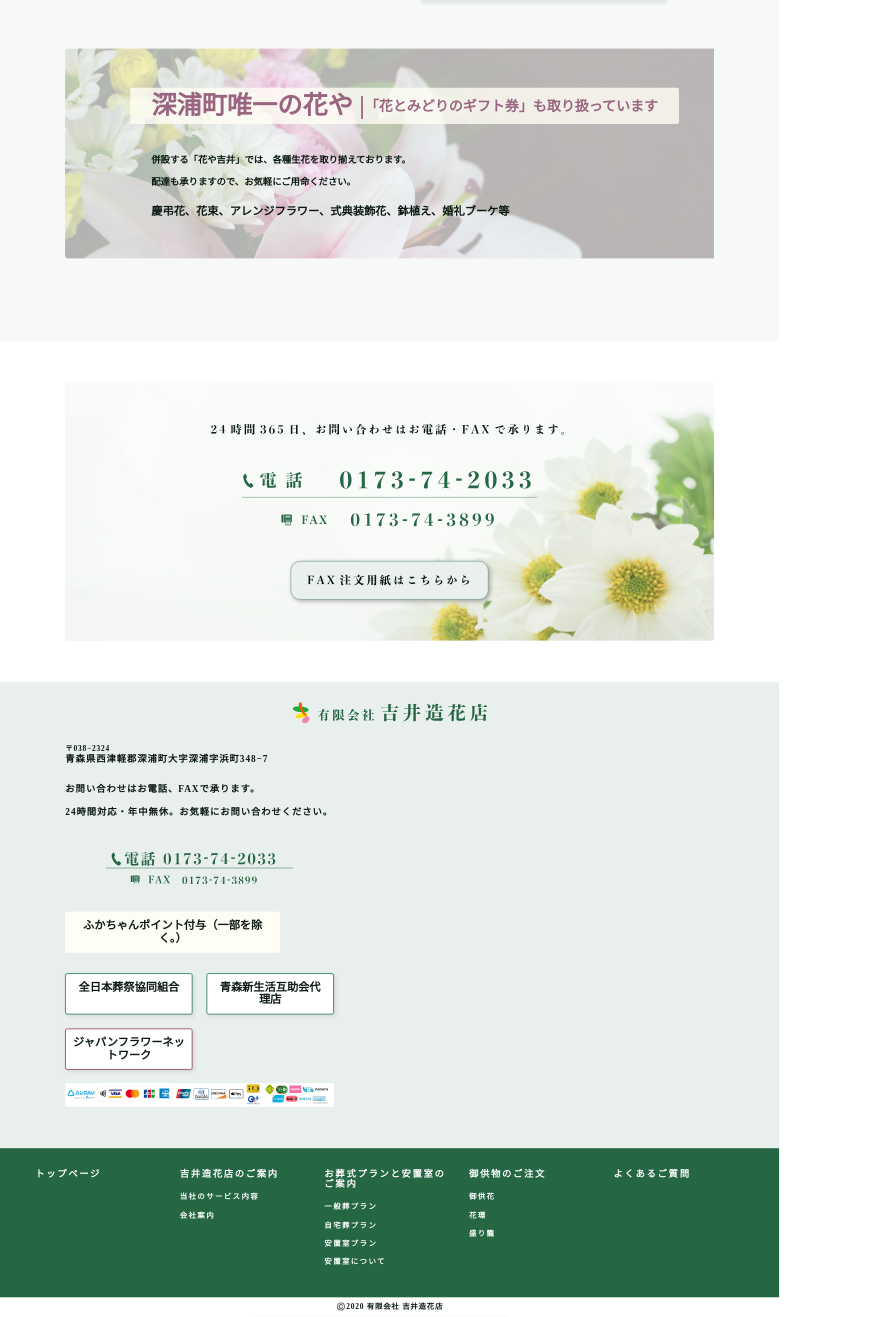
Repository: plus-agc-service-yamauchi/yoshii_scratch_ver3
Page: about.html
These files come from the project's save history. The page is drawn as it stood at one moment and after the next save; the edit follows.
The browser window is 1280 px wide. The pictures show the part of the page from y = 1765 to 3685 px (the page is 3646 px tall before and 3685 px after), at 70% of full size.
Pictures or frames that could not be fetched are drawn as grey boxes. Some web libraries are served in a nearby version. The style sheet was rebuilt from its Sass, Less or Tailwind sources for each picture, by a compiler version that may differ from the author's.

Above is the page before, as saved 2021-02-01 13:01:38.
Console error (its wording comes from the project's code and is left out).

After the next save:
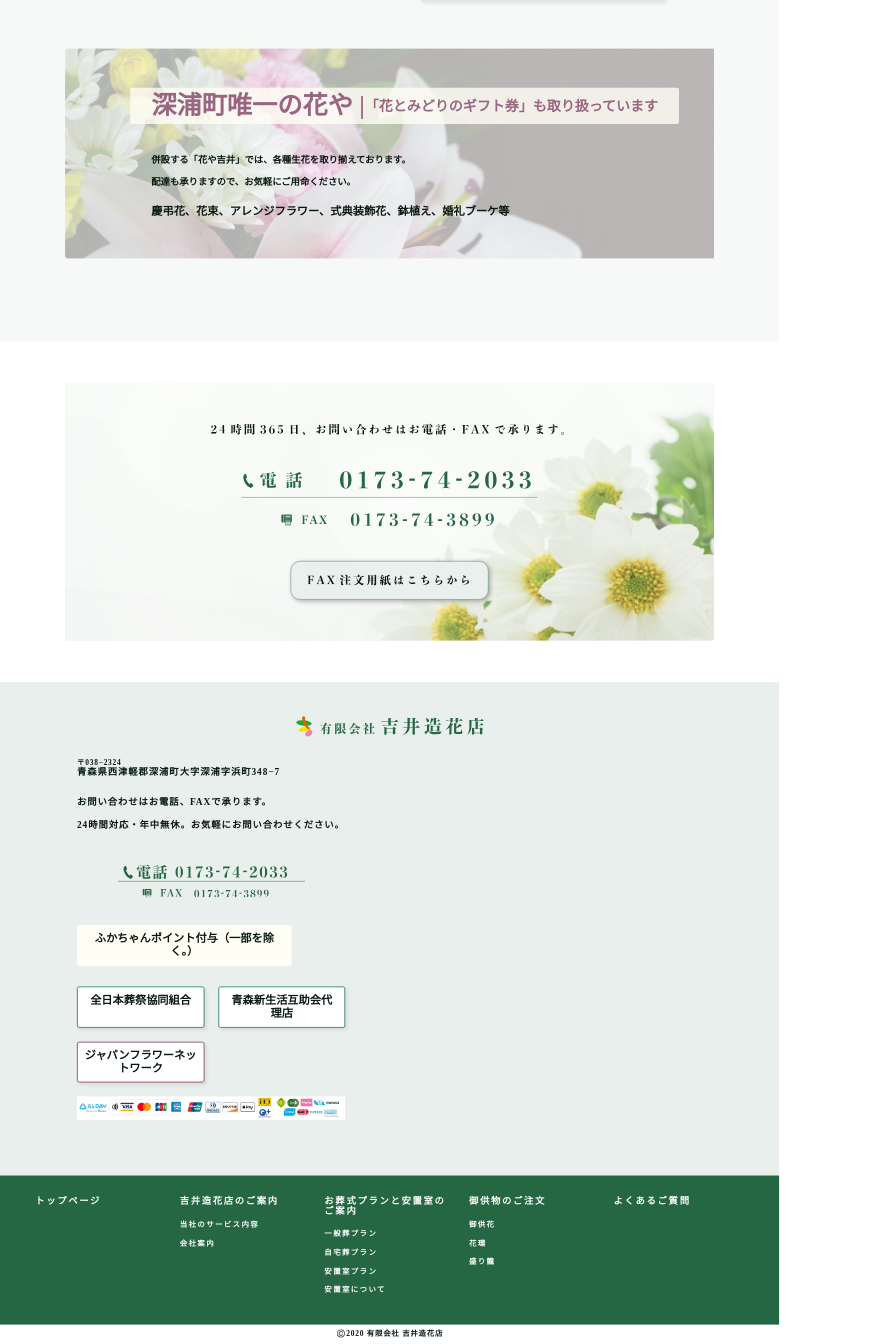
Saved 15 s later.
--- a/scss/about.scss
+++ b/scss/about.scss
@@ -219,7 +219,8 @@ td.tdr {
     text-indent: 30px;
     font-size: 1.6rem;
   }
-  .info{
-background:#FFF;
-  }
-}
+  .info {
+    background: #fff;
+    padding: 20px;
+  }
+}
